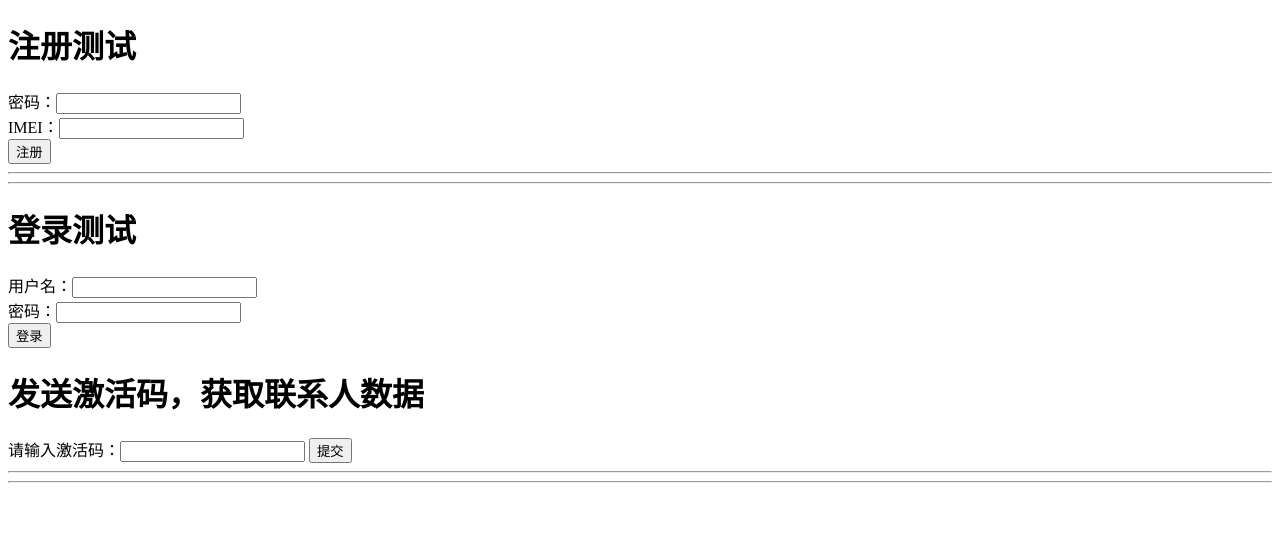
Repository: FlyToper/ActCode
Page: Application/ActivationCode/Home/View/User/show.html
An editor plug-in stored every save of this project. The page is shown before and after the next save, followed by the edit.
The browser window is 1280 px wide. The pictures show the whole page.

Above is the page before, as saved 2016-07-27 06:15:08.

After the next save:
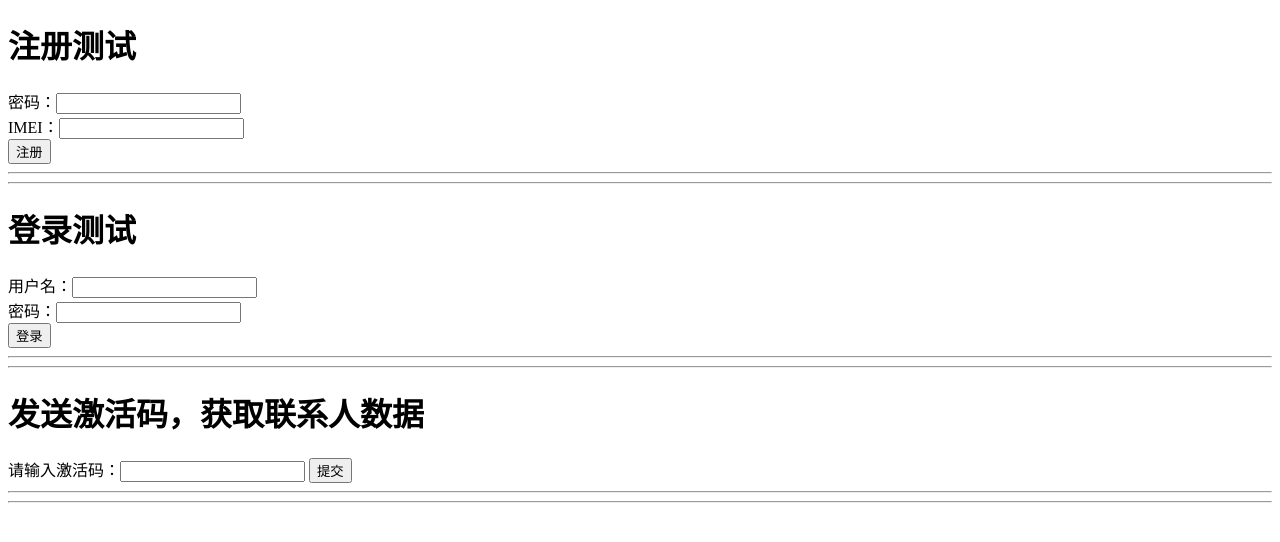
Saved 12 s later.
--- a/Application/ActivationCode/Home/View/User/show.html
+++ b/Application/ActivationCode/Home/View/User/show.html
@@ -20,6 +20,8 @@
 		密码：<input type="text" name="Password"><br>
 		<input type="submit" value="登录">
 	</form>
+	<hr>
+	<hr>
 
 	<h1>发送激活码，获取联系人数据</h1>
 	<form action="/User/getContact" method="post">
